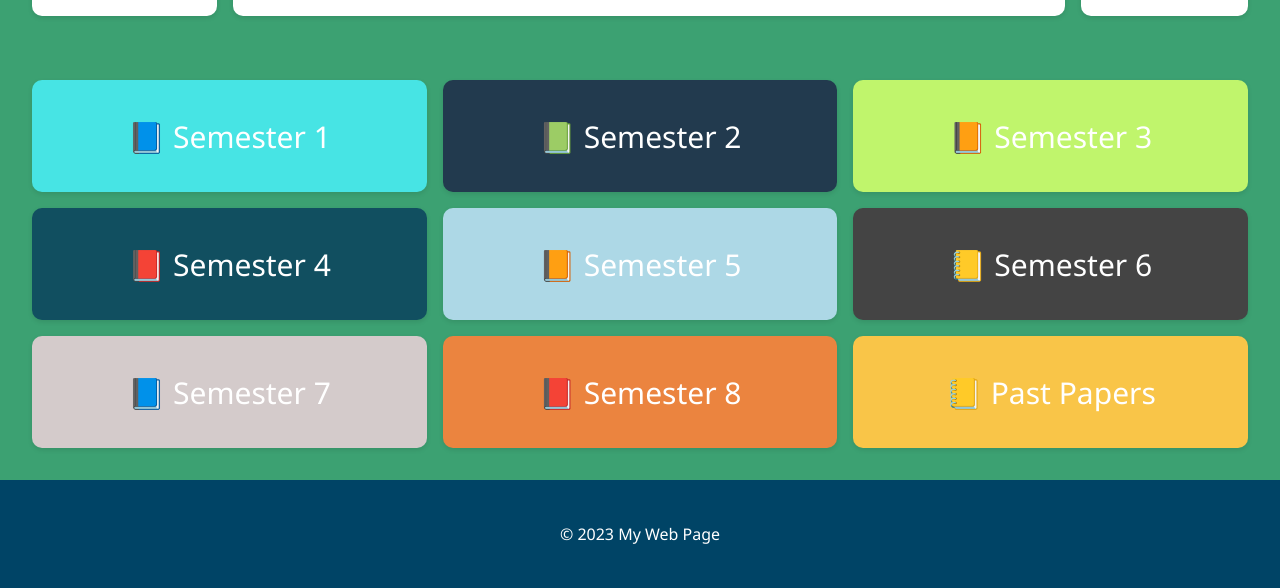
Repository: MariamSawera/eduNova
Page: index.html
An editor plug-in stored every save of this project. The page is shown before and after the next save, followed by the edit.
The browser window is 1280 px wide. The pictures show the part of the page from y = 1042 to 1630 px (the page is 1630 px tall).

Above is the page before, as saved 2025-07-21 20:33:04.

### index.html
<html>
<head>
    <title>My Web Page</title>
    <meta charset="UTF-8">
    <meta name="viewport" content="width=device-width, initial-scale=1.0">
    <link rel="stylesheet" href="styles.css">
    <script src="script.js"></script>

</head>
<body>
  <nav>
    <div class="logo">ClassHub</div>
    <ul>
      <li><a href="index.html">Home</a></li>
      <!-- <li><a href="#">Semesters</a></li> -->
      <li><a href="#">Subjects</a></li>
      <li><a href="#">Books</a></li>
      <li><a href="#">Resources</a></li>
      <li><a href="#">Assignments</a></li>
      <li><a href="#">Events</a></li>
      <li><a href="#">Contact</a></li>
      <!-- <li><a href="#">Announcements</a></li> -->
      <li><a href="#">Login</a></li>
    </ul>
  </nav>

  <!-- Hero Section -->
  <div class="hero">
    <h1 id="welcome">Hello, Guest 👋</h1>
    <input type="text" id="nameInput" placeholder="Enter your name" oninput="updateName()" />
  </div>

  <!-- Dashboard Section -->
  <div class="dashboard" style="background-color: #3CA172;">
    <!-- Announcements -->
    <div class="card">
      <h3>📢 Announcements</h3>
      <ul>
        <li>Assignment Web development due 31 July</li>
        <li>Classes starting from 15 Aug</li>
        <li>Movie Day at University Oct 15</li>
      </ul>
    </div>

    <!-- Calendar -->
    <div class="card">
      <h3>📅 Calendar</h3>
      <p>All the events and updates have been marked in calender.</p>
      <iframe src="https://calendar.google.com/calendar/embed?src=onlinelearningrecordings%40gmail.com&ctz=Asia%2FKarachi" style="border: 0" width="800" height="600" frameborder="0" scrolling="no"></iframe>    </div>

    <!-- Online Users -->
    <div class="card">
      <h3>🟢 Online Users</h3>
      <ul>
        <li>Mariam</li>
        <li>Sidra</li>
        <li>Alishba</li>
      </ul>
    </div>
  </div>

  <!-- Quick Material Access -->
  <div class="quick-links" style="background-color: #3CA172;">
    <div class="link-card"  style="background-color: #47e4e4;"><a href="firstsemester.html">📘 Semester 1</a></div>
    <div class="link-card" style="background-color: #223A4E;"><a href="">📗 Semester 2</a></div>
    <div class="link-card" style="background-color:  rgb(192, 245, 108);"><a href="">📙 Semester 3</a></div>
    <div class="link-card" style="background-color: #114F60;"><a href="">📕 Semester 4</a></div>
    <div class="link-card" style="background-color: lightblue;"><a href="">📙 Semester 5</a></div>
    <div class="link-card" style="background-color: #444444"><a href="">📒 Semester 6</a></div>
    <div class="link-card" style="background-color: #d4cbcb;"><a href="">📘 Semester 7</a></div>
    <div class="link-card" style="background-color: #eb843f;"><a href="">📕 Semester 8</a></div>
    <div class="link-card" style="background-color: #F9C548;"><a href="">📒 Past Papers</a></div>
    <!-- <div class="link-card" style="background-color: #3CA172;"><a href="">🔗 Important Links</a></div> -->
  </div>



    </body>

    <footer class="footer">
        <p>&copy; 2023 My Web Page</p>
    </footer>
</html>

### styles.css
    body {
      margin: 0;
      font-family: 'Segoe UI', sans-serif;
      background: #f2f2f2;
        /* background-color: #B3DDF0; */

    }

    nav {
      background-color: #004466;
      color: white;
      padding: 1rem;
      display: flex;
      justify-content: space-between;
      align-items: center;
    }

    nav .logo {
      font-size: 1.5rem;
      font-weight: bold;
    }

    a {
        text-decoration: none;
        color: inherit;
    }
    nav ul {
      list-style: none;
      display: flex;
      gap: 1rem;
    }

    nav ul li {
      display: inline;
    }

    nav ul li a {
      color: white;
      text-decoration: none;
    }


    .hero {
      /* background: linear-gradient(to right, #00aaff, #00ffcc); */
      background-image: url('./images/okokook.jpg');
      background-position: center;
      color: white;
      padding: 2rem;
      text-align: center;
      height: 20vh;
    }


    .hero input {
      padding: 0.5rem;
      border: none;
      border-radius: 5px;
      margin-top: 1rem;
      width: 200px;
    }

    .dashboard {
      display: grid;
      grid-template-columns: 1fr 1fr 1fr;
      gap: 1rem;
      padding: 2rem;
    }

    .card {
      background: white;
      padding: 1rem;
      border-radius: 10px;
      box-shadow: 0 2px 5px rgba(0,0,0,0.1);
    }

    .quick-links {
      padding: 2rem;
      display: grid;
      grid-template-columns: repeat(3, minmax(150px, 1fr));
      gap: 1rem;
    }

    .link-card{
      display: flex;
      justify-content: center;
      align-items: center;
      font-size: 30px;
      color: white;


    }

    .quick-links .link-card {
      background: white;
      text-align: center;
      padding: 1rem;
      border-radius: 10px;
      box-shadow: 0 2px 5px rgba(0,0,0,0.1);
      height: 80px;
    }

    .footer{
      background-color: #004466;
      display: flex;
      justify-content: center;
      align-items: center;
      color: white;
      height: 15vh;
    }

### script.js
function updateName() {
      const name = document.getElementById('nameInput').value;
      const welcome = document.getElementById('welcome');
      if(name.trim()) {
        welcome.textContent = `Hello, ${name}! 👋`;
      } else {
        welcome.textContent = `Hello, Guest 👋`;
      }
    }

After the next save:
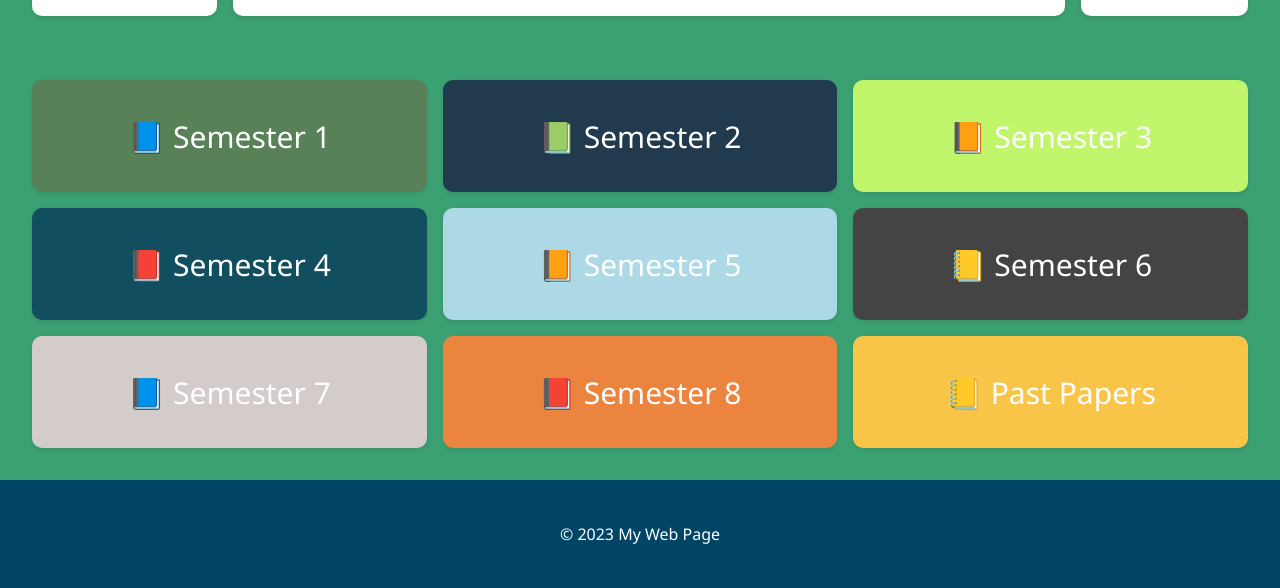
Saved 50 s later.
--- a/index.html
+++ b/index.html
@@ -61,7 +61,7 @@
 
   <!-- Quick Material Access -->
   <div class="quick-links" style="background-color: #3CA172;">
-    <div class="link-card"  style="background-color: #47e4e4;"><a href="firstsemester.html">📘 Semester 1</a></div>
+    <div class="link-card"  style="background-color: #588157"><a href="firstsemester.html">📘 Semester 1</a></div>
     <div class="link-card" style="background-color: #223A4E;"><a href="">📗 Semester 2</a></div>
     <div class="link-card" style="background-color:  rgb(192, 245, 108);"><a href="">📙 Semester 3</a></div>
     <div class="link-card" style="background-color: #114F60;"><a href="">📕 Semester 4</a></div>
